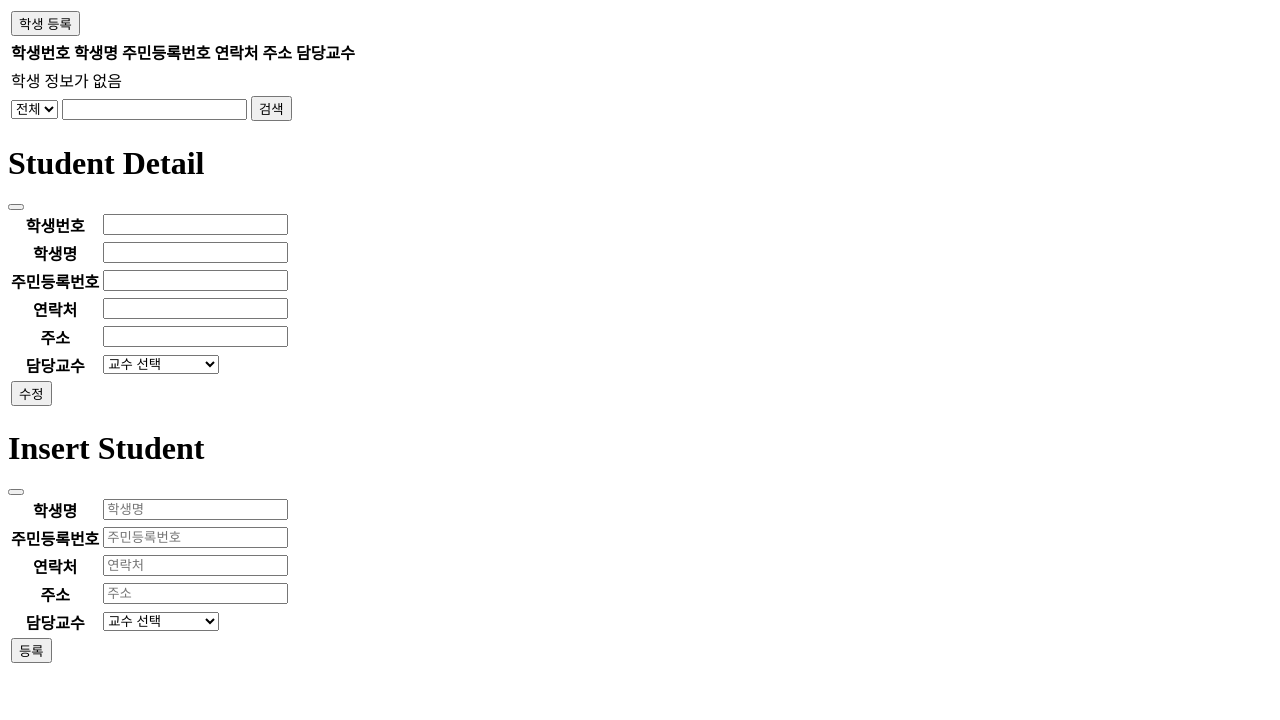
Repository: hoseolkim/restart
Page: http://localhost/HaksaManage/WEB-INF/views/staff/staffStudentView.jsp
The author's editor kept a copy of each file at every save. The page is drawn from the files as they stood at one save, then again after the next save.
The browser window is 1280 px wide. The pictures show the whole page.
The page is served by Tomcat 9. Nobody is signed in. Other server files are loaded and not shown. The template is opened directly, without the code that normally fills it, so the values that code supplies are empty.

Above is the page before, as saved 2023-10-09 04:55:52.
Console error: ReferenceError: $ is not defined

### HaksaManage/src/main/webapp/WEB-INF/views/staff/staffStudentView.jsp
<%@ page language="java" contentType="text/html; charset=UTF-8"
    pageEncoding="UTF-8"%>
<%@ taglib uri="http://java.sun.com/jsp/jstl/core" prefix="c" %>

<style>
#studentTR{
	cursor: pointer;
}
</style>

<table class="table table-bordered">
	<thead>
		<tr>
			<td colspan="7"><button id="studentForm" class="btn btn-primary" data-bs-toggle="modal" data-bs-target="#exampleModal" >학생 등록</button></td>
		</tr>
		<tr>
			<th>학생번호</th>
			<th>학생명</th>
			<th>주민등록번호</th>
			<th>연락처</th>
			<th>주소</th>
			<th>담당교수</th>
			<th></th>
		</tr>
	</thead>
	<tbody>
		<c:set value="${paging.dataList }" var="studentList" />
		<c:choose>
			<c:when test="${not empty studentList }">
				<c:forEach items="${studentList }" var="student">
					<tr>
						<td data-std-no="${student.stdNo }">${student.stdNo }</td>
						<td>${student.stdName }</td>
						<td>${student.stdId }</td>
						<td>${student.stdTelno }</td>
						<td>${student.stdAdd }</td>
						<td data-pro-cd="${student.proVO.proCd }">${student.proVO.proName }</td>
						<td>
							<button id="stdUdtBtn" class="btn btn-primary" data-bs-toggle="modal" data-bs-target="#studentDetail" >수정</button>
							<button id="stdDelBtn" class="btn btn-primary" data-bs-toggle="modal" >삭제</button>
						</td>
					</tr>
				</c:forEach>
			</c:when>
			<c:otherwise>
				<tr>
					<td colspan="7">학생 정보가 없음</td>
				</tr>
			</c:otherwise>
		</c:choose>

	</tbody>
	<tfoot>
		<tr>
			<td colspan="7">
				<div id="paginationHTML">
				</div>
				<div id="searchUI" class="text-center">
					<select name="searchType">
						<option value>전체</option>
						<option value="name">이름</option>
						<option value="address">주소</option>
					</select>
					<input type="text" name="searchWord" />
					<input type="button" value="검색" id="searchBtn" />
				</div>
			</td>
		</tr>
	</tfoot>
</table>

<form id="searchForm" action="${studentList }">
	<input type="hidden" name="searchType" />
	<input type="hidden" name="searchWord" />
	<input type="hidden" name="page" />
</form>


<!-- Update Modal -->
<div class="modal fade" id="studentDetail" tabindex="-1" aria-labelledby="exampleModalLabel" aria-hidden="true">
  <div class="modal-dialog">
    <div class="modal-content">
      <div class="modal-header">
        <h1 class="modal-title fs-5" id="exampleModalLabel">Student Detail</h1>
        <button type="button" class="btn-close" data-bs-dismiss="modal" aria-label="Close"></button>
      </div>
      <div class="modal-body">
			<table class="table table-bordered">
        		<tr>
        			<th>학생번호</th>
        			<td><input type="text" id="stdNo" name="stdNo" class="form-control" required readonly /></td>
        		</tr>
        		<tr>
        			<th>학생명</th>
        			<td><input type="text" id="stdName" name="stdName" class="form-control" required /></td>
        		</tr>
        		<tr>
        			<th>주민등록번호</th>
        			<td><input type="text" id="stdId" name="stdId" class="form-control" required /></td>
        		</tr>
        		<tr>
        			<th>연락처</th>
        			<td><input type="text" id="stdTelno" name="stdTelno" class="form-control" required /></td>
        		</tr>
        		<tr>
        			<th>주소</th>
        			<td><input type="text" id="stdAdd" name="stdAdd" class="form-control" required /></td>
        		</tr>
        		<tr>
        			<th>담당교수</th>
        			<td>
        				<select name="proCd" id="proCd" class="form-control">
        					<option value>교수 선택</option>
        					<c:choose>
					        	<c:when test="${not empty professorList }">
									<c:forEach items="${professorList }" var="professor">
										<option value="${professor.proCd }">${professor.proName }</option>
									</c:forEach>
								</c:when>
								<c:otherwise>
									<option value>교수 정보가 없음</option>
								</c:otherwise>
        					</c:choose>
        				</select>
        			</td>
        		</tr>
        		<tr>
        			<td colspan="2"><input type="submit" class="btn btn-primary" value="수정" /></td>
        		</tr>
        	</table>
      </div>
      <div class="modal-footer">
      </div>
    </div>
  </div>
</div>




<!-- Insert Modal -->
<div class="modal fade" id="exampleModal" tabindex="-1" aria-labelledby="exampleModalLabel" aria-hidden="true">
  <div class="modal-dialog">
    <div class="modal-content">
      <div class="modal-header">
        <h1 class="modal-title fs-5" id="exampleModalLabel">Insert Student</h1>
        <button type="button" class="btn-close" data-bs-dismiss="modal" aria-label="Close"></button>
      </div>
      <div class="modal-body">
        <form id="studentInsertForm" method="post" action="<%=request.getContextPath() %>/staff/student">
        	<table class="table table-bordered">
        		<tr>
        			<th>학생명</th>
        			<td><input type="text" name="stdName" class="form-control" placeholder="학생명" required /></td>
        		</tr>
        		<tr>
        			<th>주민등록번호</th>
        			<td><input type="text" name="stdId" class="form-control" placeholder="주민등록번호" required /></td>
        		</tr>
        		<tr>
        			<th>연락처</th>
        			<td><input type="text" name="stdTelno" class="form-control" placeholder="연락처" required /></td>
        		</tr>
        		<tr>
        			<th>주소</th>
        			<td><input type="text" name="stdAdd" class="form-control" placeholder="주소" required /></td>
        		</tr>
        		<tr>
        			<th>담당교수</th>
        			<td>
        				<select name="proCd" class="form-control">
        					<option value>교수 선택</option>
        					<c:choose>
					        	<c:when test="${not empty professorList }">
									<c:forEach items="${professorList }" var="professor">
										<option value="${professor.proCd }">${professor.proName }</option>
									</c:forEach>
								</c:when>
								<c:otherwise>
									<option value>교수 정보가 없음</option>
								</c:otherwise>
        					</c:choose>
        				</select>
        			</td>
        		</tr>
        		<tr>
        			<td colspan="2"><input type="submit" class="btn btn-primary" value="등록" /></td>
        		</tr>
        	</table>
        </form>
      </div>
      <div class="modal-footer">
      </div>
    </div>
  </div>
</div>
<script>
$(':input[name=searchType]').val("${paging.simpleCondition.searchType}");
$(':input[name=searchWord]').val("${paging.simpleCondition.searchWord}");
</script>
<script type="text/javascript" src="${pageContext.request.contextPath }/resources/js/app/staff/staff.js"></script>

### HaksaManage/src/main/webapp/resources/js/app/staff/staff.js
/**
 *
 */
function fn_paging(page){
	searchForm.page.value = page;
	searchForm.requestSubmit();
}

$(()=>{
	$(searchForm).on('submit',function(event){
		event.preventDefault();

		let url =

		return false;
	});
	$(searchUI).on("click","#searchBtn",function(event){
		let inputs = $(this).parents('#searchUI').find(':input[name]');
		$.each(inputs,function(idx, ipt){
			let name = ipt.name;
			let value = $(ipt).val();
			$(searchForm).find(`:input[name=\${name}]`).val(value);
		});

		$(searchForm).submit();

	});

	$(searchForm).submit();

	const cPath = $(document.body).data("contextPath");
	const baseUrl = `${cPath}/staff/student`;

	$(document).on("click", "#stdUdtBtn", function(event) {
	  let trTag = $(this).parents('tr');

      let stdNo = trTag.find('td:eq(0)').text();
      let stdName = trTag.find('td:eq(1)').text();
      let stdId = trTag.find('td:eq(2)').text();
      let stdTelno = trTag.find('td:eq(3)').text();
      let stdAdd = trTag.find('td:eq(4)').text();
      let proCd = trTag.find('td:eq(5)').data("proCd");
      let $modal = $(this).parents();
      let url = `${cPath}/staff/student`;

      $("#stdNo").val(stdNo);
      $("#stdName").val(stdName);
      $("#stdId").val(stdId);
      $("#stdTelno").val(stdTelno);
      $("#stdAdd").val(stdAdd);
      $("#proCd").val(proCd);

   });

	$(document).on("click", "#stdDelBtn", function(event){
		let flag = confirm("정말 삭제 하시겠습니까?");
		if(!flag) return false;

		let stdTr = $(this).closest("tr");
		let $stdTr = $(stdTr);
		let stdNo = stdTr.find("td[data-std-no]").data("stdNo");
		let url = `${baseUrl}/${stdNo}`;
		let settings = {
			url : url,
			method : "post",
			dataType : "json"
		};

		$.ajax(settings)
			.done(function(resp){
				if(resp.result){
					$stdTr.remove();
				}else{
					alert(resp.message);
				}
			});

	});




});

After the next save:
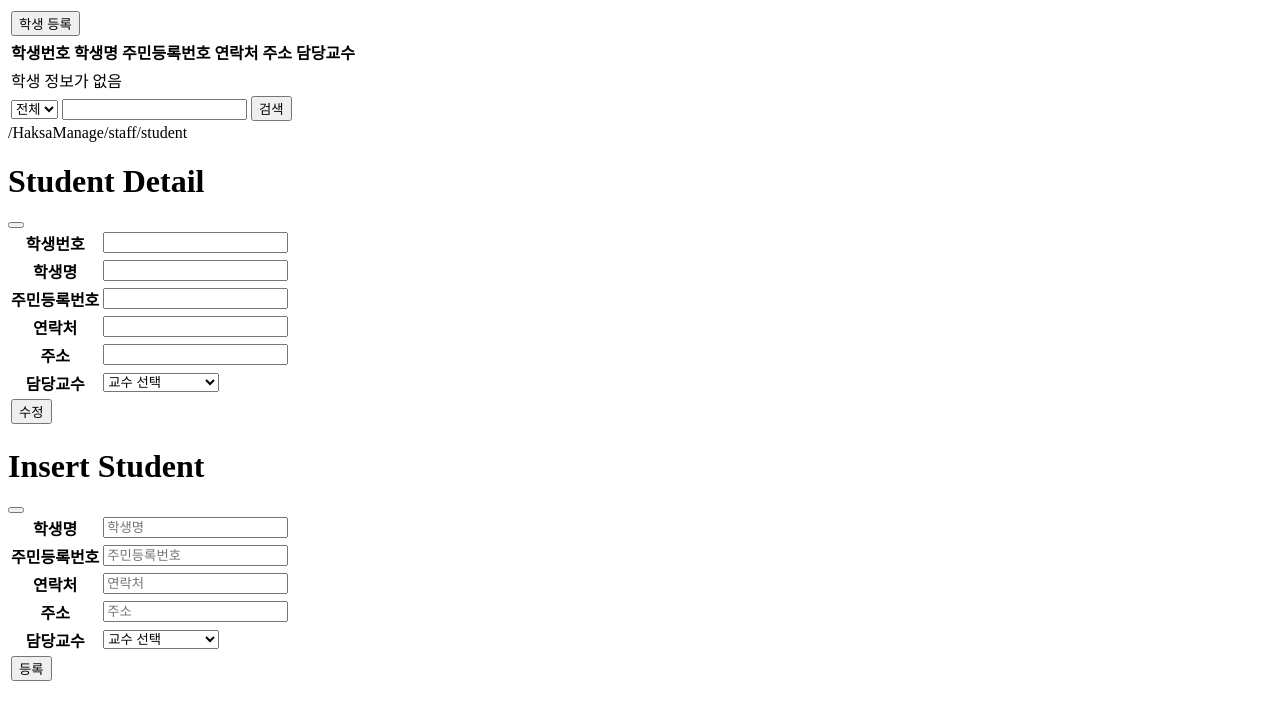
Saved 27 s later.
--- a/HaksaManage/src/main/webapp/WEB-INF/views/staff/staffStudentView.jsp
+++ b/HaksaManage/src/main/webapp/WEB-INF/views/staff/staffStudentView.jsp
@@ -68,7 +68,7 @@
 		</tr>
 	</tfoot>
 </table>
-
+<c:url value="/staff/student" />
 <form id="searchForm" action="${studentList }">
 	<input type="hidden" name="searchType" />
 	<input type="hidden" name="searchWord" />

After the save that followed:
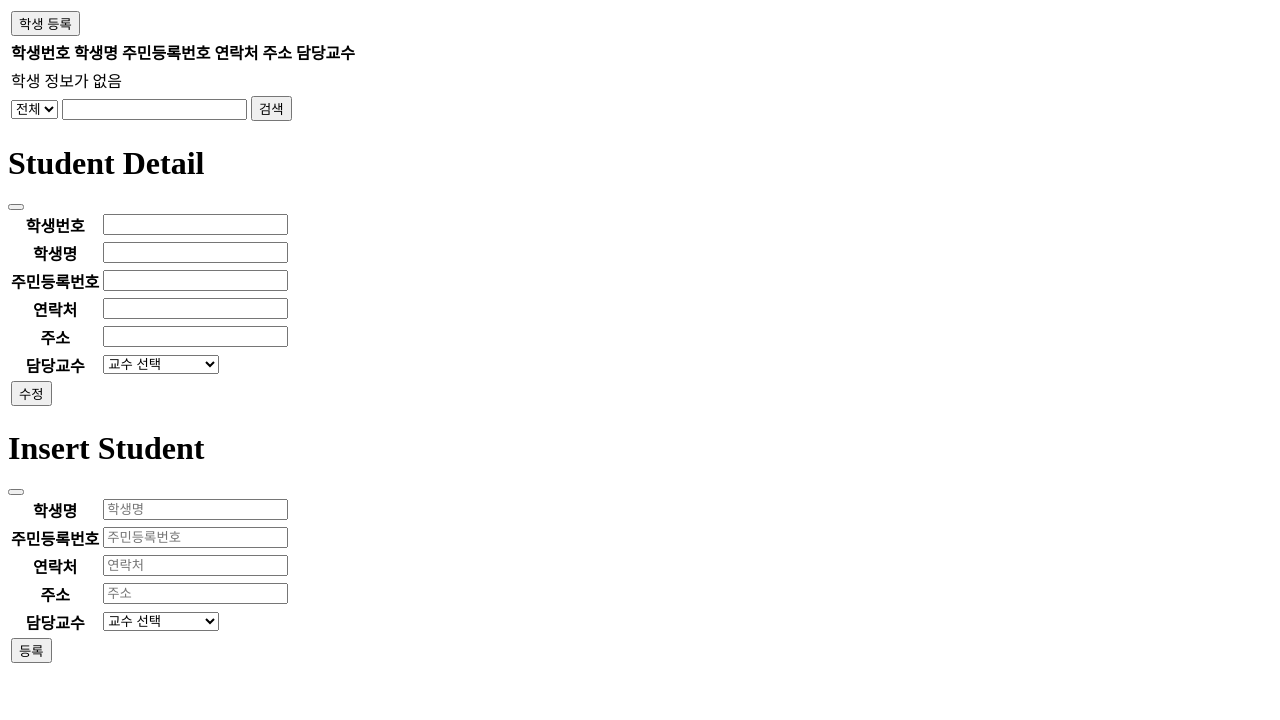
Saved 16 s later.
--- a/HaksaManage/src/main/webapp/WEB-INF/views/staff/staffStudentView.jsp
+++ b/HaksaManage/src/main/webapp/WEB-INF/views/staff/staffStudentView.jsp
@@ -68,7 +68,7 @@
 		</tr>
 	</tfoot>
 </table>
-<c:url value="/staff/student" />
+<c:url value="/staff/student" var="studentList" />
 <form id="searchForm" action="${studentList }">
 	<input type="hidden" name="searchType" />
 	<input type="hidden" name="searchWord" />
